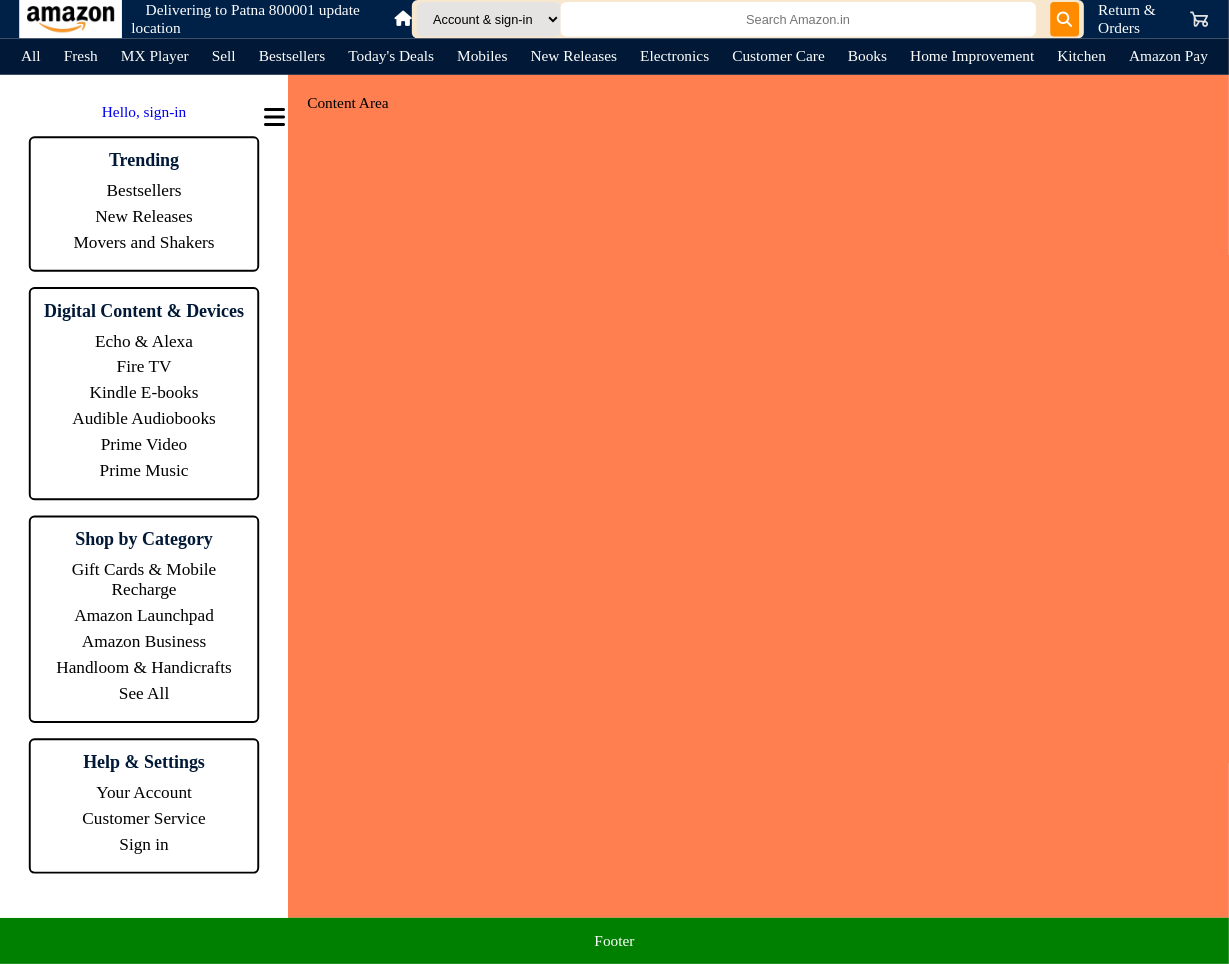
Repository: sristigupta04/basic-js-project
Page: amazon/ami.html
An editor plug-in stored every save of this project. The page is shown before and after the next save, followed by the edit.
The browser window is 1280 px wide. The pictures show the whole page, at 96% of full size.

Above is the page before, as saved 2025-11-02 21:27:06.

### amazon/ami.html
<!DOCTYPE html>
<html lang="en">
<head>
  <meta charset="UTF-8" />
  <meta name="viewport" content="width=device-width, initial-scale=1.0" />
  <title>Amazon Page</title>
  <link rel="stylesheet" href="ami.css" />
  <link
    rel="stylesheet"
    href="https://cdnjs.cloudflare.com/ajax/libs/font-awesome/6.4.0/css/all.min.css"
  />
  <link
    href="https://fonts.googleapis.com/css2?family=Poppins&display=swap"
    rel="stylesheet"
  />
</head>

<body>
  <div class="container">

    <!-- Navbar -->
    <div class="navbar">
      <img class="fit-picture" src="pic.jpg" alt="author" />

      <div class="address">
        <a href="#">Delivering to Patna 800001 update location</a>
      </div>

      <a href="#" class="house"><i class="fa-solid fa-house"></i></a>

      <div class="tool">
        <select name="tools" id="option">
          <option value="">Account & sign-in</option>
          <option value="dog">Baby wishlist</option>
          <option value="cat">Your account</option>
          <option value="hamster">Your wish list</option>
          <option value="parrot">Keep shopping</option>
          <option value="spider">Your recommendations</option>
          <option value="goldfish">Prime account</option>
        </select>

        <input type="text" placeholder="Search Amazon.in" />
        <a href="#"><i class="fa-solid fa-magnifying-glass"></i></a>
      </div>

      <a href="#">Return & Orders</a>

      <svg
        xmlns="http://www.w3.org/2000/svg"
        height="24px"
        viewBox="0 -960 960 960"
        width="24px"
        fill="#e3e3e3"
      >
        <path
          d="M292-120q-38 0-65-27.5T200-213v-371l-73-176H40v-80h141l66 160h591q23 0 35 19t1 39L760-399q51 8 85.5 47t34.5 92q0 58-40.5 99T741-120q-59 0-99.5-41T601-260q0-20 5-37t14-33l-131-12-120 180q-13 20-33.5 31T292-120Zm382-285 99-195H280l50 120q8 20 25.5 33.5T396-431l278 26ZM293-201q2 0 9-5l97-144q-49-5-77-23.5T280-412v200q0 5 4 8t9 3Zm447 1q26 0 43-17.5t17-42.5q0-26-17-43t-43-17q-25 0-42.5 17T680-260q0 25 17.5 42.5T740-200Zm-66-205-278-26 278 26Z"
        />
      </svg>
    </div>

    <!-- Second Navbar -->
    <div class="navbar-second">
      <a href="#">All</a>
      <a href="#">Fresh</a>
      <a href="#">MX Player</a>
      <a href="#">Sell</a>
      <a href="#">Bestsellers</a>
      <a href="#">Today's Deals</a>
      <a href="#">Mobiles</a>
      <a href="#">New Releases</a>
      <a href="#">Electronics</a>
      <a href="#">Customer Care</a>
      <a href="#">Books</a>
      <a href="#">Home Improvement</a>
      <a href="#">Kitchen</a>
      <a href="#">Amazon Pay</a>
    </div>

    <!-- Main Area -->
    <div class="main-area">

      <!-- Sidebar -->
      <div class="Sidebar">
        <input type="checkbox" id="check" />
        <div class="btn_one">
          <label for="check" style="color:black">
            <i class="fa-solid fa-bars"></i>
          </label>
        </div>
        <div class="sidebar_menu">
          <div class="logo">
            <a href="#">Hello, sign-in</a>
          </div>
          <div class="btn_two">
            <label for="check" style="color:black">
              <i class="fa-solid fa-xmark"></i>
            </label>
          </div>
        </div>

        <div class="trending">
          <h3>Trending</h3>
          <a href="#">Bestsellers</a>
          <a href="#">New Releases</a>
          <a href="#">Movers and Shakers</a>
        </div>

        <div class="digital">
          <h3>Digital Content & Devices</h3>
          <a href="#">Echo & Alexa</a>
          <a href="#">Fire TV</a>
          <a href="#">Kindle E-books</a>
          <a href="#">Audible Audiobooks</a>
          <a href="#">Prime Video</a>
          <a href="#">Prime Music</a>
        </div>

        <div class="shop">
          <h3>Shop by Category</h3>
          <a href="#">Gift Cards & Mobile Recharge</a>
          <a href="#">Amazon Launchpad</a>
          <a href="#">Amazon Business</a>
          <a href="#">Handloom & Handicrafts</a>
          <a href="#">See All</a>
        </div>

        <div class="help">
          <h3>Help & Settings</h3>
          <a href="#">Your Account</a>
          <a href="#">Customer Service</a>
          <a href="#">Sign in</a>
        </div>
      </div>

      <!-- Content -->
      <div class="Content">Content Area</div>
    </div>

    <!-- Footer -->
    <div class="Footer">Footer</div>

  </div>

  <script src="ami.js"></script>
</body>
</html>

### amazon/ami.css
* {
  padding: 0;
  margin: 0;
  box-sizing: border-box;
}

/* Whole page layout */
.container {
  display: flex;
  flex-direction: column; /* So navbars are stacked vertically */
  height: 100vh;
}

/* 🔹 Top Navbar */



.navbar {
  background-color: #002147;
  height: 100px;
  display: flex;
  align-items: center;
  justify-content: space-around;
  padding: 0 20px;
  color: white;
}

/* Logo */
.navbar img {
  height: 40px;
  margin-right: 10px;
}

/* Address link */
.navbar .address a {
  text-decoration: none;
  color: white;
}

/* Navbar links */
.navbar a {
  text-decoration: none;
  color: white;
  margin-left: 15px;
}

/* Search + Select box area */
.navbar .tool {
  display: flex;
  align-items: center;
  justify-content: space-between;
  background-color:#F7E7CE;
  text-align: center;
  width: 700px;
  height: 40px;
  border-radius: 6px;
  padding: 0 5px;
}

/* Dropdown inside tool */
.navbar .tool #option {
  border-radius: 6px;
  background-color: #E5E4E2;
  width: 150px;
  height: 36px;
  padding: 0.23rem;
  text-align: center;
  border: none;
  outline: none;
}

/* Input box inside tool */
.navbar .tool input {
  border-radius: 6px;
  width: 650px;
  height: 36px;
  padding: 0.23rem;
  text-align: center;
  border: none;
  outline: none;
}

/* Search icon link */
.navbar .tool a {
  display: flex;
  align-items: center;
  justify-content: center;
  background-color: #FF8C00;
  height: 36px;
  width: 40px;
  border-radius: 4px;
  color: white;
  text-decoration: none;
}

.navbar .tool input :hover{
  background-color: gray;
  border-color: coral;
}

/* 🔹 Second Navbar */
.navbar-second {
  background-color: #011936;
  color: white;
  padding: 10px;
  text-align: center;
    justify-content: space-around;

}

.navbar-second a {
  text-decoration: none;
  color: white;
  margin: 0 10px;
}

/* 🔸 Main layout (Sidebar + Content) */
.main-area {
  flex: 1;
  display: flex;
}

/* Sidebar on left */
/* Sidebar */
.Sidebar {
  background-color:white;
  width: 300px;
  padding: 30px;
  color: white;
  position: relative;
}

/* Menu button (hamburger icon) */
.btn_one {
  color:black;
  font-size: 25px;
  position: absolute;
  left: 16px;
  left: 275px;
  line-height: 30px;
  cursor: pointer;

}
.btn_one:hover {
  color: #ff8c00;
}
/* Sidebar sections */
.trending,
.digital,
.shop,
.help {
  border: 2px solid black;
  width: 100%;
  text-align: center;
  margin: 1rem 0;
  padding: 12px;
  border-radius: 6px;
  background-color: rgba(255, 255, 255, 0.1);
}
.sidebar_menu .logo {
  text-align: center;
}
.logo a{
  text-decoration: none;
  ;
}
/* Section titles */
h3 {
  color: #011936;
  margin-bottom: 10px;
}

/* Sidebar links */
.trending a,
.digital a,
.shop a,
.help a {
  display: block;
  text-decoration: none;
  color: black;
  font-size: 18px;
  font-weight: 400;
  margin: 6px 0;
  transition: color 0.3s;
}

/* Hover effect */
.trending a:hover,
.digital a:hover,
.shop a:hover,
.help a:hover {
  color:#011936;
}

/* Close button inside sidebar */
.sidebar_menu .btn_two i {
  color: white;
  font-size: 25px;
  position: absolute;
  left: 275px;
  line-height: 60px;
  cursor: pointer;
}

.sidebar_menu .btn_two i:hover {
  color: #ff8c00;
}
#check {
  display: none;
}
.btn_one i:hover {
  cursor: pointer;
  font-size: 30px;
}
#check:checked ~ .sidebar {
  left: 0;
}
#check:checked ~ .btn_one  {
  display: none;
}


/* Content on right */
.Content {
  flex: 1;
  background-color: coral;
  padding: 20px;
}

/* Footer at bottom */
.Footer {
  background-color: green;
  color: white;
  text-align: center;
  padding: 15px;
}

Loaded but not shown: amazon/ami.js (empty)

After the next save:
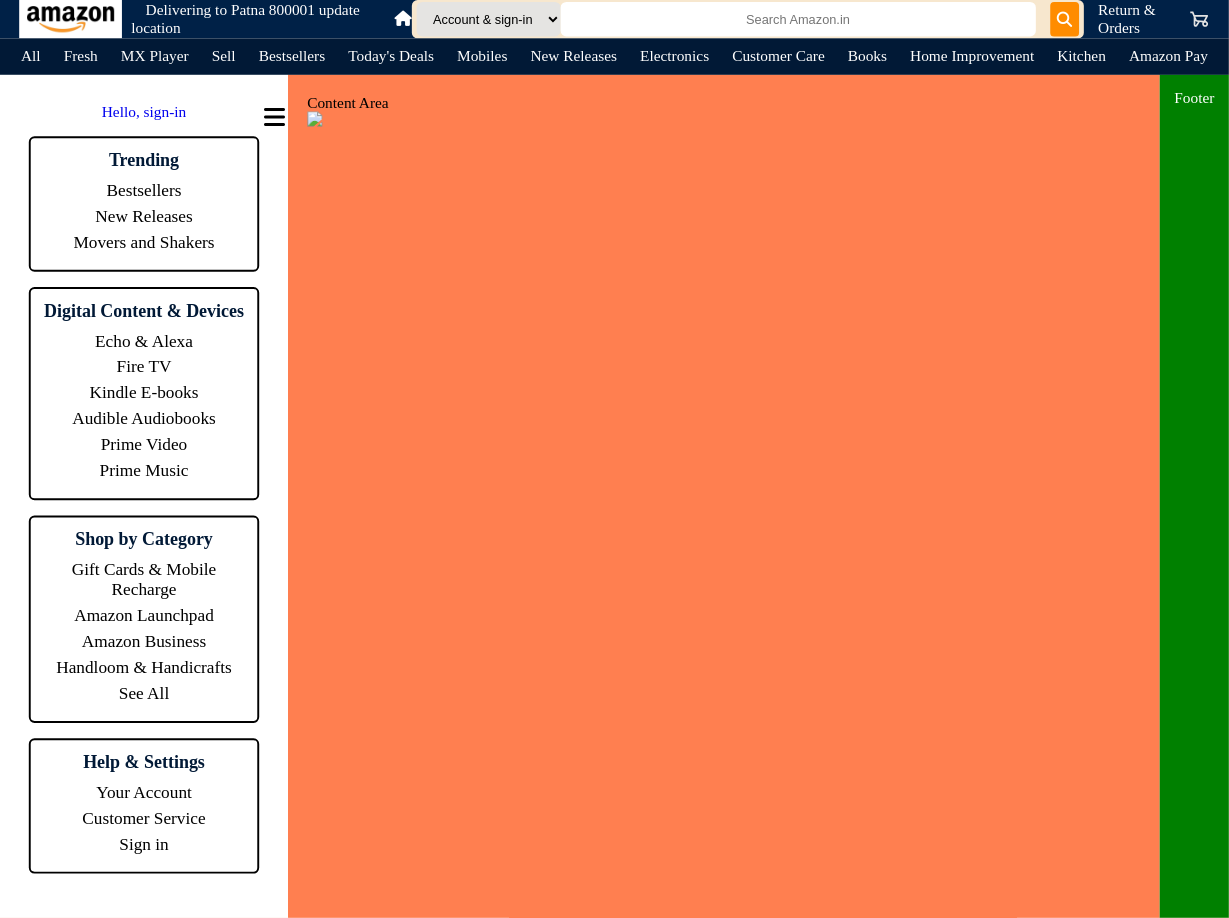
Not found: amazon/bedsheet.jpg
Saved 26 min 32 s later.
--- a/amazon/ami.html
+++ b/amazon/ami.html
@@ -133,7 +133,22 @@
       </div>
 
       <!-- Content -->
-      <div class="Content">Content Area</div>
+      <div class="Content">Content Area
+              <div class="img-section">
+                <img src="bedsheet.jpg"
+              </div>
+
+
+
+
+
+
+
+
+
+
+
+      </div>
     </div>
 
     <!-- Footer -->

After the save that followed:
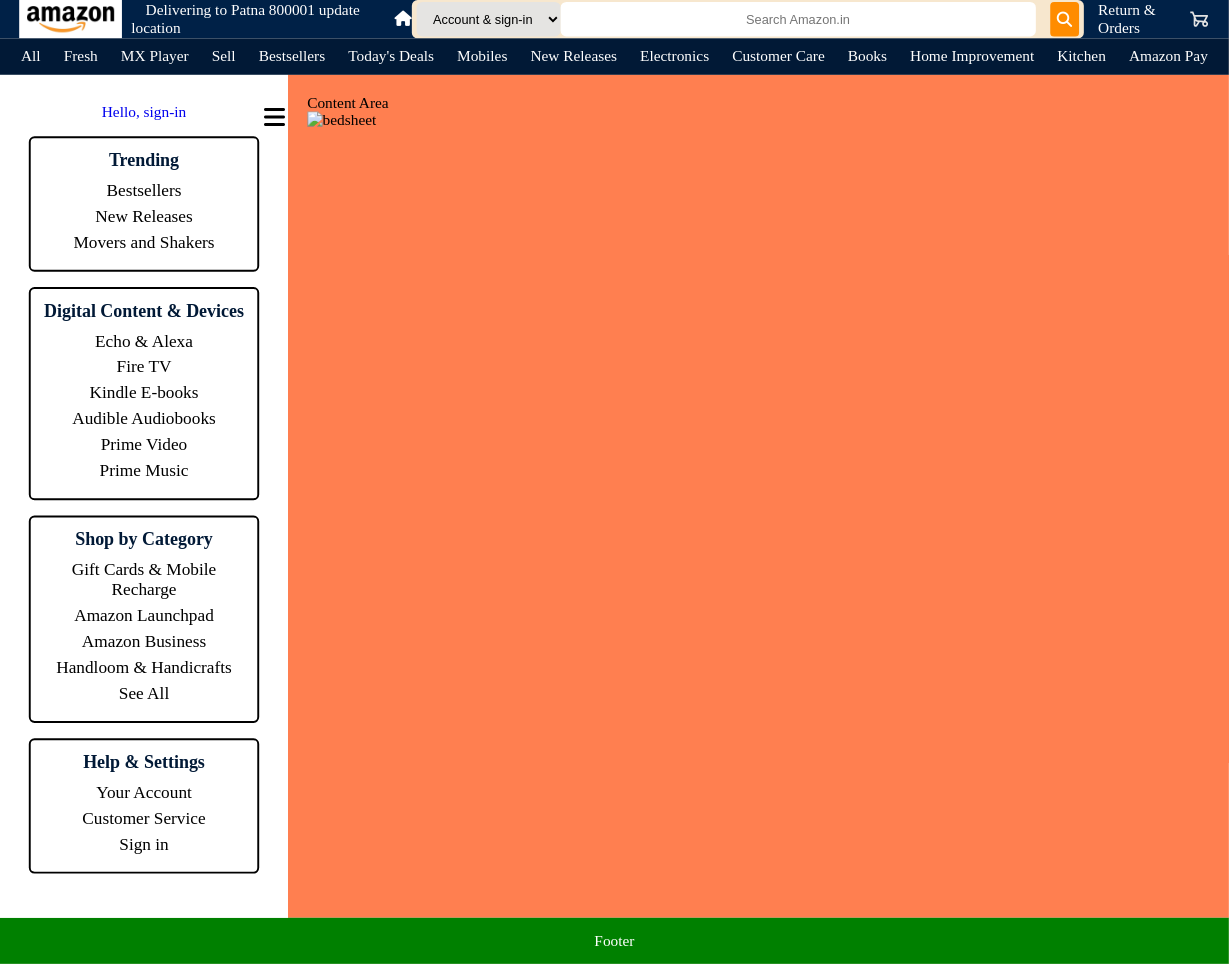
Saved 38 s later.
--- a/amazon/ami.html
+++ b/amazon/ami.html
@@ -135,7 +135,7 @@
       <!-- Content -->
       <div class="Content">Content Area
               <div class="img-section">
-                <img src="bedsheet.jpg"
+                <img src="bedsheet.jpg" alt="bedsheet">
               </div>
 
 
